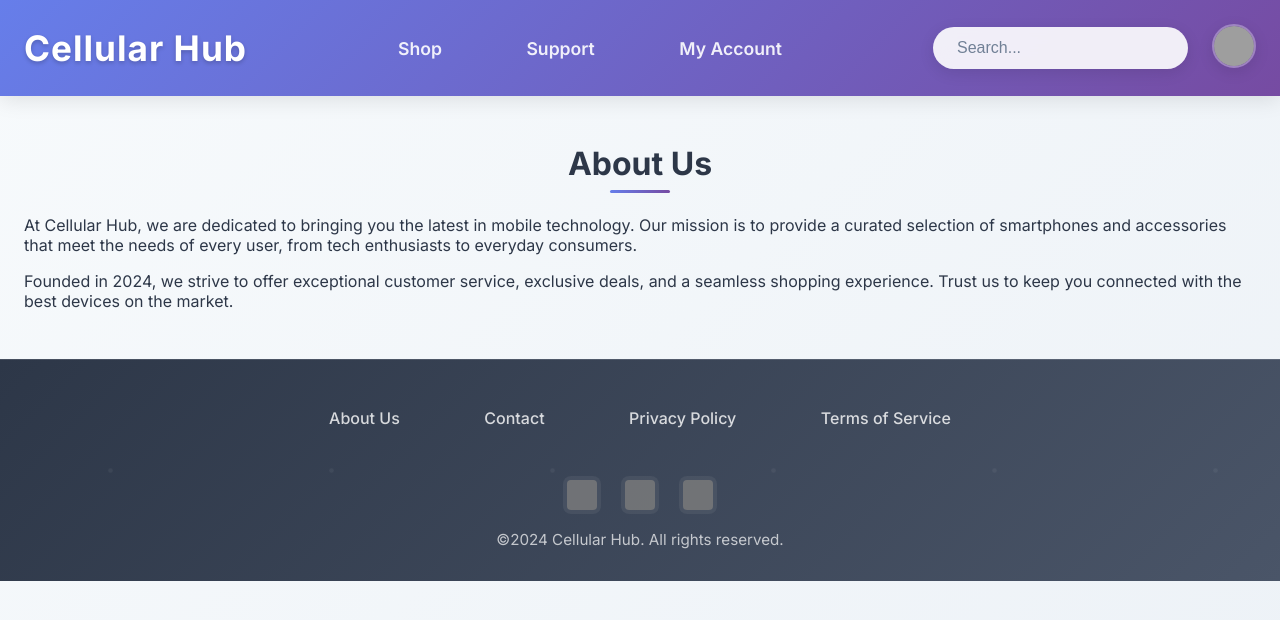
Repository: adrptrp/TP-2_kerja-sama
Page: about.html
These files come from the project's save history. The page is drawn as it stood at one moment and after the next save; the edit follows.
The browser window is 1280 px wide. The pictures show the whole page.
Pictures or frames that could not be fetched are drawn as grey boxes.

Above is the page before, as saved 2025-06-28 11:30:35.

After the next save:
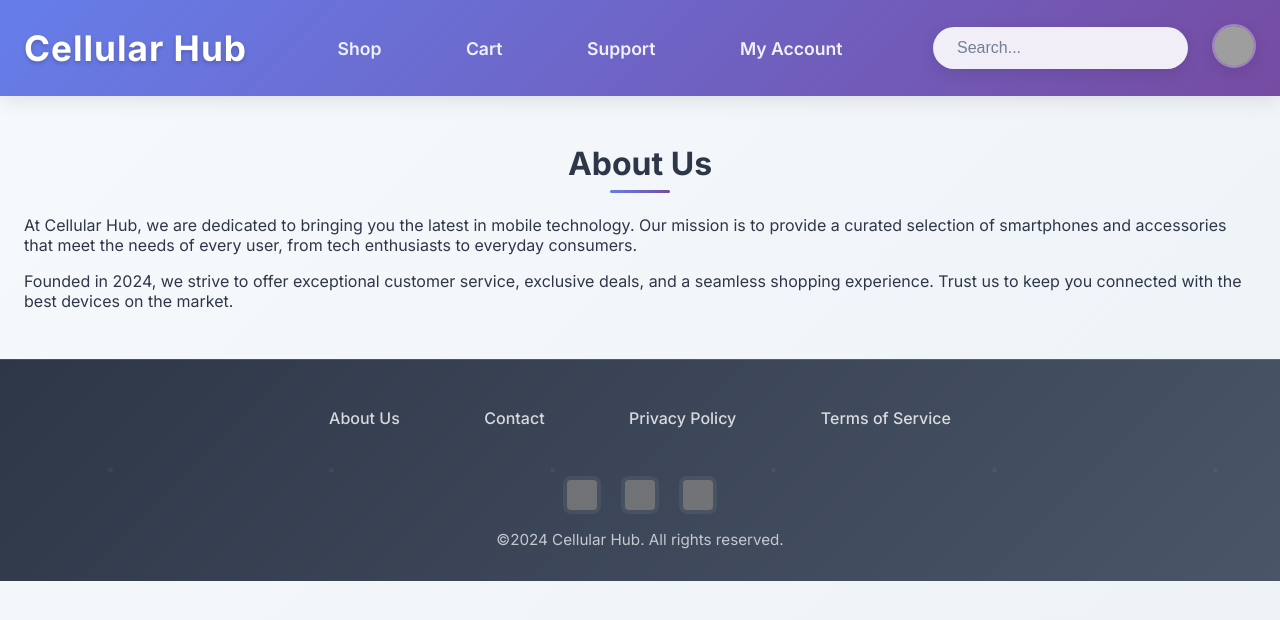
Saved 17 s later.
--- a/about.html
+++ b/about.html
@@ -14,6 +14,7 @@
       <div class="header__logo">Cellular Hub</div>
       <nav class="header__nav">
         <a href="shop.html">Shop</a>
+        <a href="cart.html">Cart</a>
         <a href="support.html">Support</a>
         <a href="myaccount.html">My Account</a>
       </nav>
